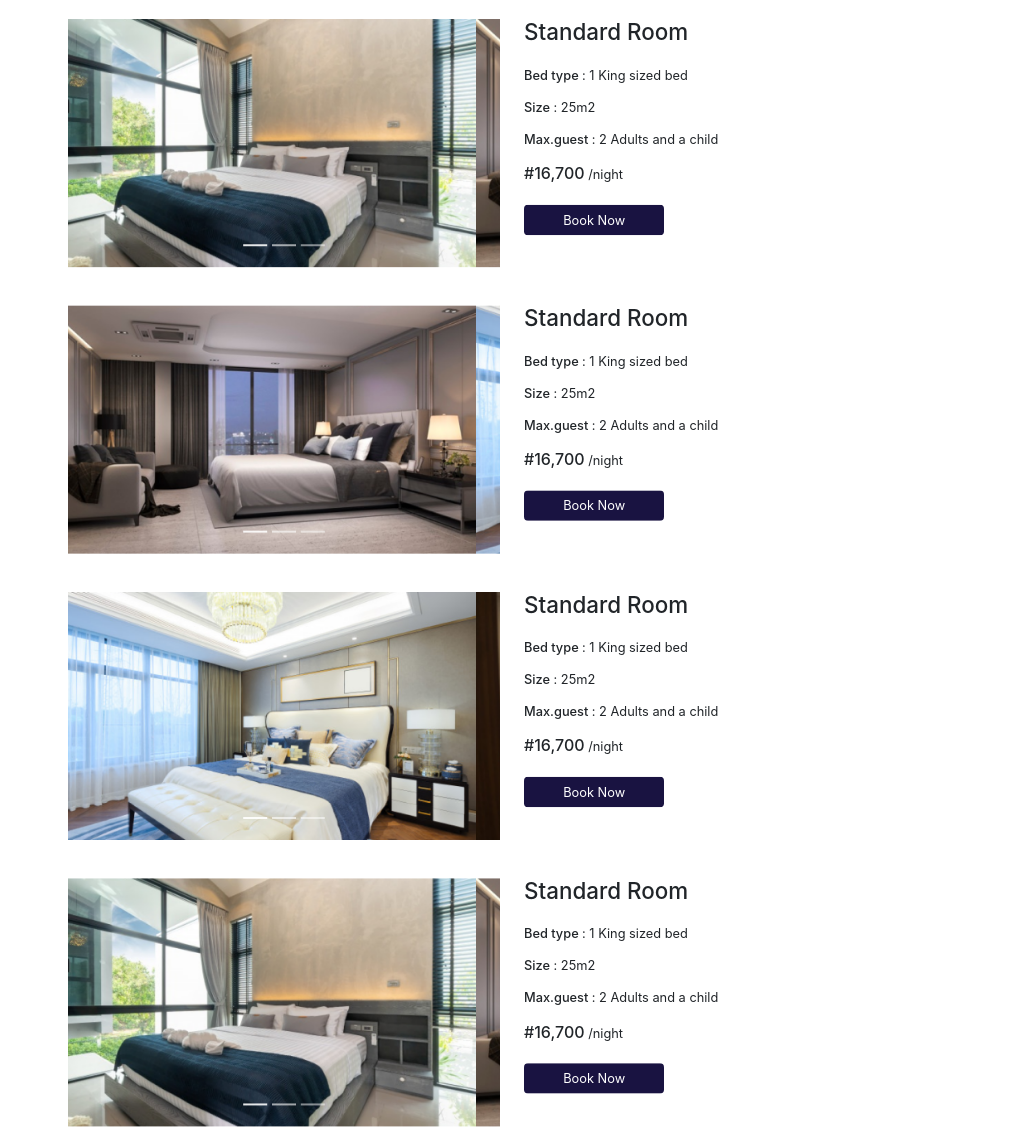
Repository: Syfon01/hotel-website
Page: room.html
An editor plug-in stored every save of this project. The page is shown before and after the next save, followed by the edit.
The browser window is 1280 px wide. The pictures show the whole page, at 80% of full size.

Above is the page before, as saved 2020-06-08 15:49:43.

After the next save:
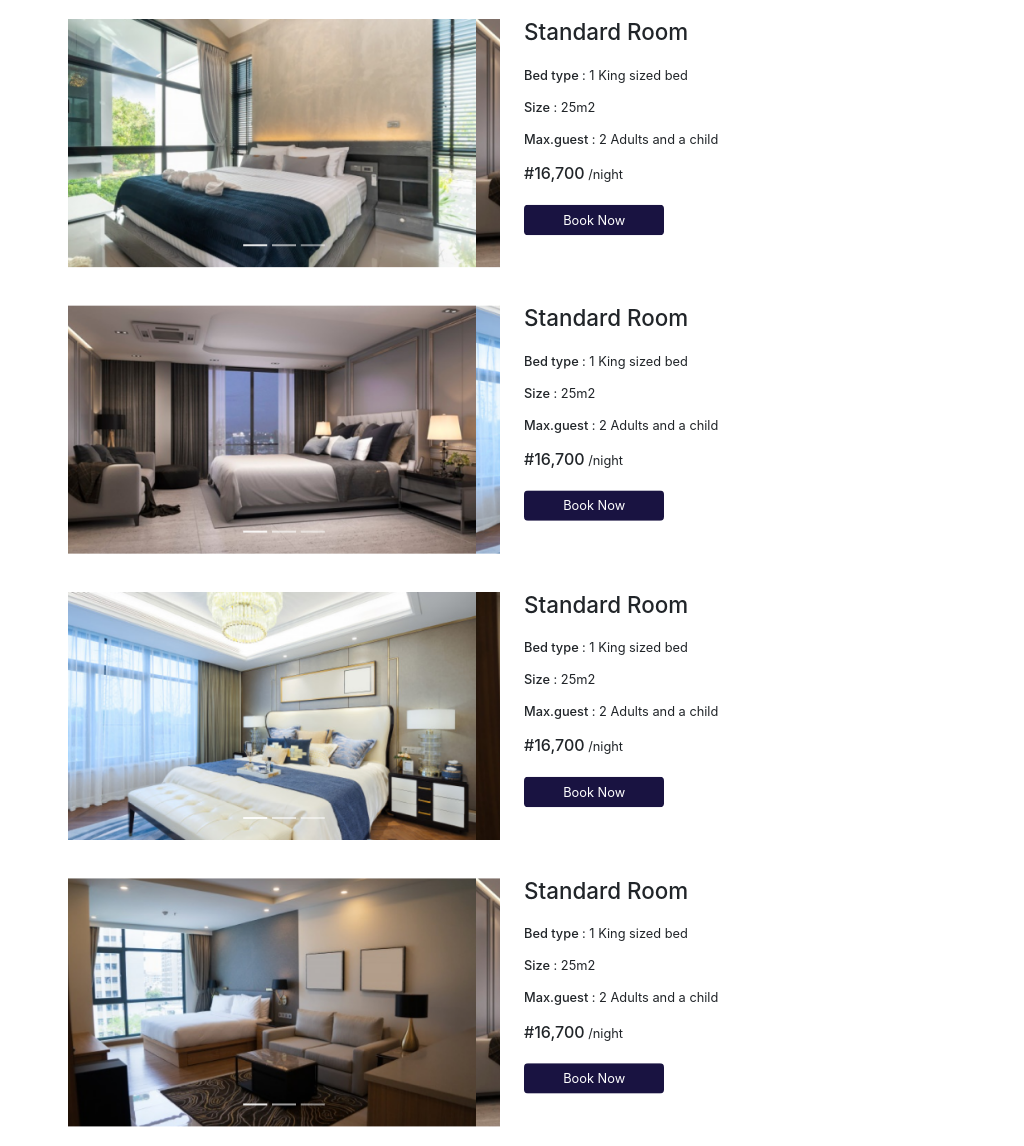
Saved 6 s later.
--- a/room.html
+++ b/room.html
@@ -118,7 +118,7 @@
               </ol>
               <div class="carousel-inner">
                 <div class="carousel-item active">
-                  <img src="./img/hotel1.png" class="d-block w-100 h-50 img-fluid" alt="...">
+                  <img src="./img/hotel4.png" class="d-block w-100 h-50 img-fluid" alt="...">
                 </div>
                 <div class="carousel-item">
                   <img src="./img/hotel2.png" class="d-block w-100 img-fluid" alt="...">
